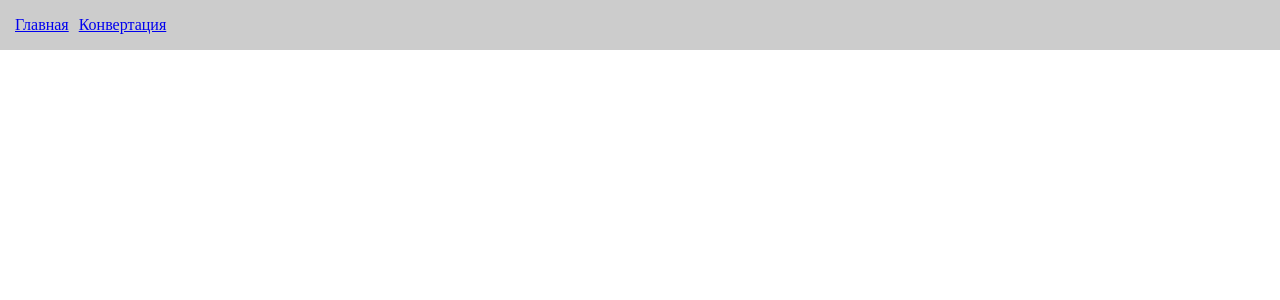
Repository: Friend689/vite-vue-currency-conversion
Page: /convert
These files come from the project's save history. The page is drawn as it stood at one moment and after the next save; the edit follows.
The browser window is 1280 px wide. The pictures show the whole page.
The project was rebuilt for these pictures with package versions that can differ from the ones it lists, and the page was loaded fresh each time. Also part of the build but not shown: vite.config.js, src/views/Main.vue.

Above is the page before, as saved 2024-09-03 18:49:55.

### src/main.js
import { createApp } from 'vue'
import './style.css'
import App from './App.vue';
import router from './router';

createApp(App).use(router).mount('#app')

### src/App.vue
<script setup>
import Header from "@/components/ui/Header.vue";
</script>

<template>
  <div>
    <Header />
    <main>
      <router-view />
    </main>
  </div>
</template>

<style scoped></style>

### src/router/index.js
import { createRouter, createWebHistory } from 'vue-router'

import Main from '@/views/Main.vue';
import Convert from '@/views/Convert.vue';


const routes = [
  { path: '/', component: Main },
  { path: '/convert', component: Convert },
]

export default createRouter({
  history: createWebHistory(),
  routes,
})

### src/components/ui/Header.vue
<script setup></script>

<template>
  <header>
    <router-link to="/">Главная</router-link>
    <router-link to="/convert">Конвертация</router-link>
  </header>
</template>

<style scoped>
header {
  height: 50px;
  background-color: #ccc;
  display: flex;
  align-items: center;
  padding: 0 10px;
}
header a {
  margin: 0 5px;
}
</style>

### src/views/Convert.vue
<script setup></script>

<template>
  <div>
    <header></header>
    <main></main>
  </div>
</template>

<style></style>

Loaded but not shown: index.html (common file); src/style.css (common file)

After the next save:
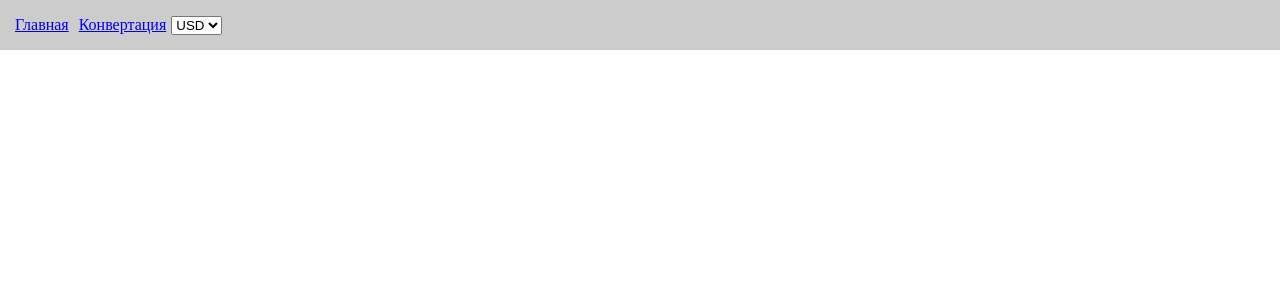
Saved 63 s later.
--- a/src/components/ui/Header.vue
+++ b/src/components/ui/Header.vue
@@ -4,6 +4,9 @@
   <header>
     <router-link to="/">Главная</router-link>
     <router-link to="/convert">Конвертация</router-link>
+    <select name="currency" id="currency">
+      <option value="usd">USD</option>
+    </select>
   </header>
 </template>
 
